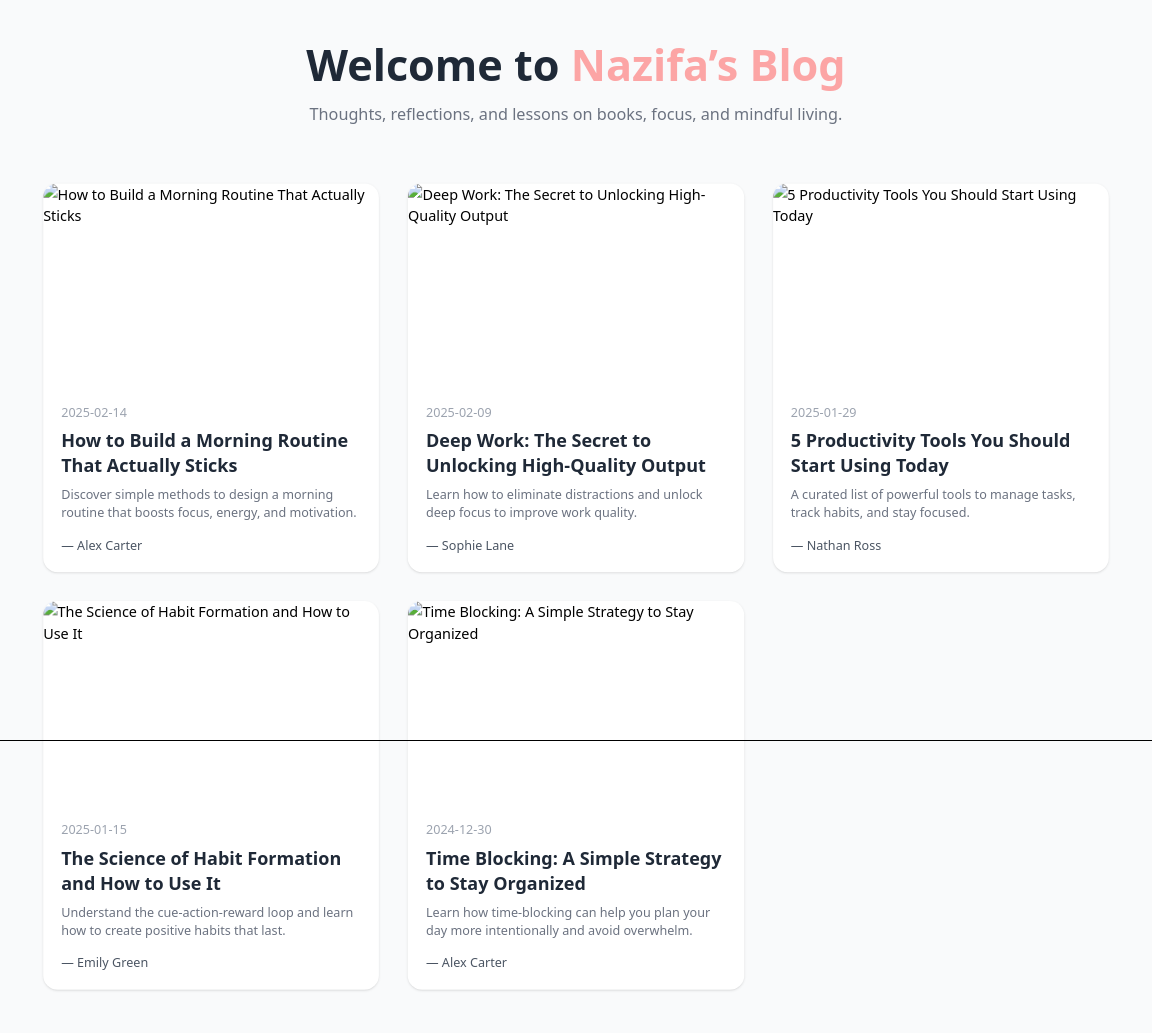
Repository: nazifat/portevalobashi
Page: /
These files come from the project's save history. The page is drawn as it stood at one moment and after the next save; the edit follows.
The browser window is 1280 px wide. The pictures show the part of the page from y = 872 to 2020 px (the page is 2020 px tall), at 90% of full size.
The project was rebuilt for these pictures with package versions that can differ from the ones it lists, and the page was loaded fresh each time. Also part of the build but not shown: vite.config.js, src/Pages/ErrorPage/ErrorPage.jsx, src/Pages/Login/Login.jsx, src/Pages/Registration/Registration.jsx, src/Pages/Courses/Courses.jsx.

Above is the page before, as saved 2025-11-08 19:57:54.

### index.html
<!doctype html>
<html lang="en">
  <head>
    <meta charset="UTF-8" />
    <link rel="icon" type="image/svg+xml" href="https://i.ibb.co.com/RJhrnPz/learning.png" />
    <meta name="viewport" content="width=device-width, initial-scale=1.0" />
    <title>course-selling-client</title>
  </head>
  <body>
    <div id="root"></div>
    <script type="module" src="/src/main.jsx"></script>
  </body>
</html>

### src/main.jsx
import { StrictMode } from 'react'
import { createRoot } from 'react-dom/client'
import './index.css'
import {
  RouterProvider,
} from "react-router-dom";
import { router } from './Providers/RouterProvider';


createRoot(document.getElementById('root')).render(
  <StrictMode>
    <RouterProvider router={router} />
  </StrictMode>,
)

### src/index.css
@tailwind base;
@tailwind components;
@tailwind utilities;

/* Default bullet color */
.swiper-pagination-bullet {
  border-radius: 4px !important;
  width: 25px !important;
  height: 9px !important;
  background-color: white !important;
}

/* Active bullet color */
.swiper-pagination-bullet-active {
  background-color: palevioletred !important; /* Tailwind 'blue-600' */
  opacity: 1;
}

### src/Providers/RouterProvider.jsx
import {
    createBrowserRouter,
} from "react-router-dom";
import Root from "../Root/Root";
import Home from "../Pages/Home/Home";
import ErrorPage from "../Pages/ErrorPage/ErrorPage";
import Login from "../Pages/Login/Login";
import Registration from "../Pages/Registration/Registration";
import Courses from "../Pages/Courses/Courses";


export const router = createBrowserRouter([
    {
        path: "/",
        element: <Root></Root>,
        errorElement: <ErrorPage></ErrorPage>,
        children: [
            {
                path: "/",
                element: <Home></Home>
            },
            {
                path: "/login",
                element: <Login></Login>

            },
            {
                path: "/registration",
                element: <Registration></Registration>

            },
            {
                path: "/courses",
                element: <Courses></Courses>
            }

        ]
    },
]);

### src/Root/Root.jsx
import React from 'react';
import Navbar from '../Components/Shared/Navbar/Navbar';
import Footer from '../Components/Shared/Footer/Footer';
import { Outlet } from 'react-router-dom';

const Root = () => {
    return (
        <div>
            <Navbar></Navbar>
            <Outlet></Outlet>
            <Footer></Footer>
        </div>
    );
};

export default Root;

### src/Pages/Home/Home.jsx
import React from 'react';
import Banner from './Banner/Banner';
import HomeBlog from './HomeBlog/HomeBlog';

const Home = () => {
    return (
        <div>
            <Banner></Banner>
            <HomeBlog></HomeBlog>

        </div>
    );
};

export default Home;

### src/Components/Shared/Navbar/Navbar.jsx
import React from 'react';
import { Link, NavLink } from 'react-router-dom';
import './Navbar.css'

const Navbar = () => {
    const navlinks = <>
        <li>
            <NavLink to="/">Home</NavLink>
        </li>
        <li>
            <NavLink to="/courses">Courses</NavLink>
        </li>
        <li>
            <NavLink to="/login">Login</NavLink>
        </li>
        <li>
            <NavLink to="/registration">Registration</NavLink>
        </li>


    </>
    return (
        <div className="navbar bg-base-100 custom-navbar">
            <div className="navbar-start ">
                <div className="dropdown">
                    <div tabIndex={0} role="button" className="btn btn-ghost lg:hidden">
                        <svg
                            xmlns="http://www.w3.org/2000/svg"
                            className="h-5 w-5"
                            fill="none"
                            viewBox="0 0 24 24"
                            stroke="currentColor">
                            <path
                                strokeLinecap="round"
                                strokeLinejoin="round"
                                strokeWidth="2"
                                d="M4 6h16M4 12h8m-8 6h16" />
                        </svg>
                    </div>
                    <ul
                        tabIndex={0}
                        className="menu menu-sm dropdown-content bg-base-100 rounded-box z-[1] mt-3 w-52 p-2 shadow">
                        {navlinks}
                    </ul>
                </div>
                <a className="btn btn-ghost text-xl">SkillMate</a>
            </div>
            <div className="navbar-center hidden lg:flex">
                <ul className="menu menu-horizontal px-1">
                    {navlinks}
                </ul>
            </div>
            <div className="navbar-end">
                <Link to="/login" className="btn">Login</Link>
            </div>
        </div>
    );
};

export default Navbar;

### src/Pages/Home/Banner/Banner.jsx
import React, { useRef, useState } from 'react';
// Import Swiper React components
import { Swiper, SwiperSlide } from 'swiper/react';

// Import Swiper styles
import 'swiper/css';
import 'swiper/css/pagination';
import slider from '/public/slider.json';

console.log(slider)



// import required modules
import { Pagination, Autoplay, EffectFade } from 'swiper/modules';

const Banner = () => {
    return (
        <div>
            <Swiper
                pagination={{ clickable: true }}
                modules={[Pagination, Autoplay, EffectFade]}
                autoplay={{
                    delay: 2000, // time between slides (in ms)
                    disableOnInteraction: false, // keeps autoplay even after user interaction
                }}
                // effect='fade'

                className="mySwiper">
                {slider.map(slide => (
                    <SwiperSlide key={slide.id}>
                        <div
                            className="hero min-h-[600px]"
                            style={{ backgroundImage: `url(${slide.image})` }}
                        >
                            <div className="hero-overlay bg-opacity-60"></div>
                            <div className="text-center text-neutral-content">
                                <div className="max-w-md">
                                    <h1 className="mb-5 text-5xl font-bold">{slide.heading}</h1>
                                    <p className="mb-5">{slide.subtext}</p>
                                    <button className="btn">Get Started</button>
                                </div>
                            </div>
                        </div>
                    </SwiperSlide>
                ))}
            </Swiper>

        </div>
    );
};

export default Banner;

### src/Pages/Home/HomeBlog/HomeBlog.jsx
import blog from '/public/data.json'
import { motion } from "framer-motion";

const HomeBlog = () => {
    return (
        <div>
            <div className="min-h-screen bg-gray-50 px-4 md:px-12 py-12">
                {/* Hero Section */}
                <div className="text-center mb-16">
                    <h1 className="text-4xl md:text-5xl font-bold text-gray-800 mb-4">
                        Welcome to <span className="text-red-300">Nazifa’s Blog</span>
                    </h1>
                    <p className="text-gray-500 text-lg max-w-2xl mx-auto">
                        Thoughts, reflections, and lessons on books, focus, and mindful living.
                    </p>
                </div>

                {/* Blog Grid */}
                <div className="grid gap-8 md:grid-cols-2 lg:grid-cols-3">
                    {blog.map((post) => (
                        <motion.div
                            key={post.id}
                            whileHover={{ scale: 1.03 }}
                            transition={{ type: "spring", stiffness: 200 }}
                            className="bg-white rounded-2xl overflow-hidden shadow hover:shadow-lg transition-shadow"
                        >
                            <img
                                src={post.image}
                                alt={post.title}
                                className="w-full h-56 object-cover"
                            />
                            <div className="p-5">
                                <p className="text-sm text-gray-400">{post.date}</p>
                                <h2 className="text-xl font-semibold text-gray-800 mt-2 hover:text-blue-600 cursor-pointer">
                                    {post.title}
                                </h2>
                                <p className="text-gray-500 text-sm mt-2">{post.description}</p>
                                <div className="mt-4 text-sm text-gray-600">
                                    — {post.author}
                                </div>
                            </div>
                        </motion.div>
                    ))}
                </div>
            </div>
        </div>
    );
};

export default HomeBlog;

### src/Components/Shared/Navbar/Navbar.css
.custom-navbar ul li .active {
  /* text-decoration: underline; */
  color: brown;
  background-color: pink;
}

### public/slider.json
[
  {
    "id": 1,
    "image": "https://images.pexels.com/photos/10986252/pexels-photo-10986252.jpeg",
    "heading": "Master Your Focus",
    "subtext": "Learn science-backed strategies to stay distraction-free and get more done."
  },
  {
    "id": 2,
    "image": "https://png.pngtree.com/thumb_back/fw800/background/20220621/pngtree-on-a-wooden-table-vintage-books-a-cup-of-coffee-preserved-flowers-and-burning-candles-photo-image_47213080.jpg",
    "heading": "Build Strong Habits",
    "subtext": "Turn small daily actions into long-term progress and life transformation."
  },
  {
    "id": 3,
    "image": "https://img.freepik.com/free-photo/flat-lay-bookmark-books-assortment_23-2149894329.jpg?semt=ais_hybrid&w=740&q=80",
    "heading": "Control Your Time",
    "subtext": "Use simple time management frameworks to structure your day with intention."
  },
    {
    "id": 4,
    "image": "https://img.freepik.com/free-photo/high-angle-book-arrangement-wooden-table_23-2148328291.jpg?semt=ais_hybrid&w=740&q=80",
    "heading": "Tools That Enhance Productivity",
    "subtext": "Discover the best apps and systems to streamline your workflow."
  },
  {
    "id": 5,
    "image": "https://media.istockphoto.com/id/859591378/photo/coffee-and-book.jpg?s=612x612&w=0&k=20&c=ovISonm_ZpwA3CgDuty2LGewEDDjcuc8yiFnuRBp8hQ=",
    "heading": "Deep Work Mindset",
    "subtext": "Unlock deep focus and produce high-quality work consistently."
  }
]

### public/data.json
[
  {
    "title": "How to Build a Morning Routine That Actually Sticks",
    "slug": "build-a-morning-routine",
    "tags": ["productivity", "morning routine", "habits"],
    "featured_image": "https://example.com/images/morning-routine.jpg",
    "date": "2025-02-14",
    "author": "Alex Carter",
    "read_time": "6 min",
    "description": "Discover simple methods to design a morning routine that boosts focus, energy, and motivation.",
    "content_outline": [
      "Why a morning routine matters",
      "How to choose meaningful habits",
      "Start small and scale slowly",
      "Track progress without burnout"
    ]
  },
  {
    "title": "Deep Work: The Secret to Unlocking High-Quality Output",
    "slug": "deep-work-focus",
    "tags": ["focus", "mindset", "deep work"],
    "featured_image": "https://example.com/images/deep-work.jpg",
    "date": "2025-02-09",
    "author": "Sophie Lane",
    "read_time": "8 min",
    "description": "Learn how to eliminate distractions and unlock deep focus to improve work quality.",
    "content_outline": [
      "What deep work means",
      "Understanding attention residue",
      "Removing digital distractions",
      "Creating blocks of uninterrupted work"
    ]
  },
  {
    "title": "5 Productivity Tools You Should Start Using Today",
    "slug": "top-productivity-tools",
    "tags": ["productivity tools", "apps", "workflow"],
    "featured_image": "https://example.com/images/tools.jpg",
    "date": "2025-01-29",
    "author": "Nathan Ross",
    "read_time": "5 min",
    "description": "A curated list of powerful tools to manage tasks, track habits, and stay focused.",
    "content_outline": [
      "Task management apps",
      "Time tracking tools",
      "Focus enhancement tools",
      "Automation tools"
    ]
  },
  {
    "title": "The Science of Habit Formation and How to Use It",
    "slug": "science-of-habits",
    "tags": ["habits", "self-improvement", "psychology"],
    "featured_image": "https://example.com/images/habits.jpg",
    "date": "2025-01-15",
    "author": "Emily Green",
    "read_time": "7 min",
    "description": "Understand the cue-action-reward loop and learn how to create positive habits that last.",
    "content_outline": [
      "How habits are formed",
      "Breaking bad habit loops",
      "Stacking new habits",
      "Reward-based reinforcement"
    ]
  },
  {
    "title": "Time Blocking: A Simple Strategy to Stay Organized",
    "slug": "time-blocking-method",
    "tags": ["time management", "organization", "planning"],
    "featured_image": "https://example.com/images/time-blocking.jpg",
    "date": "2024-12-30",
    "author": "Alex Carter",
    "read_time": "6 min",
    "description": "Learn how time-blocking can help you plan your day more intentionally and avoid overwhelm.",
    "content_outline": [
      "What is time-blocking?",
      "How to set up your day",
      "Balancing work and rest",
      "Common mistakes to avoid"
    ]
  }
]

### tailwind.config.js
/** @type {import('tailwindcss').Config} */
export default {
  content: [
    "./index.html",
    "./src/**/*.{js,ts,jsx,tsx}",
  ],


  theme: {
    extend: {},
  },
  plugins: [
    require('daisyui'),

  ],
}

Loaded but not shown: src/Components/Shared/Footer/Footer.jsx (common file)

After the next save:
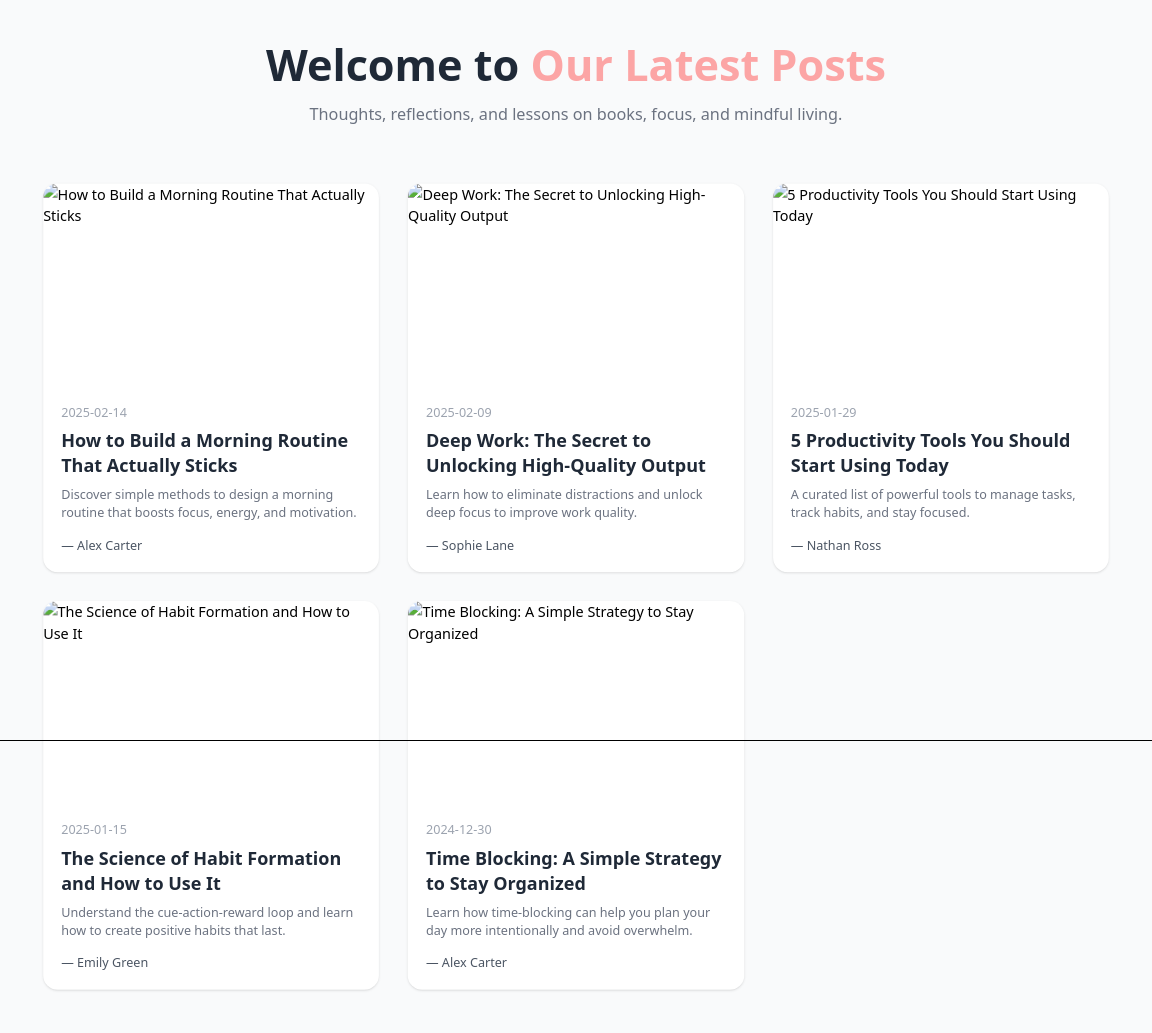
Saved 73 s later.
--- a/src/Pages/Home/HomeBlog/HomeBlog.jsx
+++ b/src/Pages/Home/HomeBlog/HomeBlog.jsx
@@ -8,7 +8,7 @@ const HomeBlog = () => {
                 {/* Hero Section */}
                 <div className="text-center mb-16">
                     <h1 className="text-4xl md:text-5xl font-bold text-gray-800 mb-4">
-                        Welcome to <span className="text-red-300">Nazifa’s Blog</span>
+                        Welcome to <span className="text-red-300">Our Latest Posts</span>
                     </h1>
                     <p className="text-gray-500 text-lg max-w-2xl mx-auto">
                         Thoughts, reflections, and lessons on books, focus, and mindful living.
